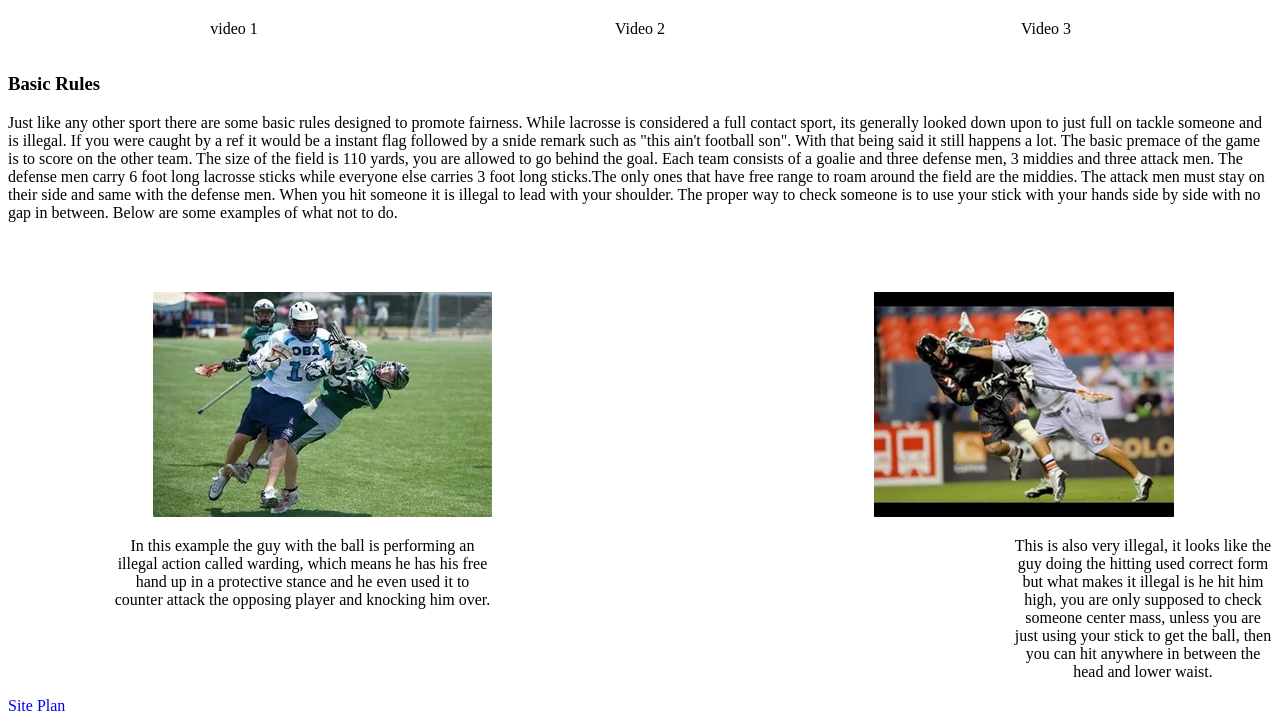
Repository: nak97/personal-site
Page: lacrosse.html
These files come from the project's save history. The page is drawn as it stood at one moment and after the next save; the edit follows.
The browser window is 1280 px wide. The pictures show the part of the page from y = 540 to 1263 px (the page is 1263 px tall before and 1209 px after).

Above is the page before, as saved 2023-03-17 09:24:59.

### lacrosse.html
<!DOCTYPE html>
<html lang="en">
<head>
  <meta charset="UTF-8">
  <meta http-equiv="X-UA-Compatible" content="IE=edge">
  <meta name="viewport" content="width=device-width, initial-scale=1.0">
  <title>Lacrosse</title>
  <link rel="stylesheet" href="personal-site.css">
</head>
<body>
  <div class="container">

  <nav>
    <a href="site-plan.html" target="_blank">Home</a>
    <a href="football.html" target="_blank">Football</a>
    <a href="mma.html" target="_blank">MMA</a>
  </nav>

  <h3>Lacrosse</h3>
  <p>
    Lacrosse is a fun sport to play, I enjoyed it in Highschool and I will never forget the way it felt to knock someone out and have their whole team trying to take me down.
    Unfortunately it wasn't recorded but that is what inspired me to have a page that is dedicated to nothing but watching some good ole highlights from a very under-rated sport.
    One thing that I really like about lacrosse is the fact that it is an Original American sport. The Ancient Americans would play this sport to please the Great Creator, or God.
    The name lacrosse is a French name which means cross. That is the name given by French colonizers because in their eyes the sticks that were used back then looked like wooden crosses.
    Lacrosse was played for several other reasons as well, including settling disputes with other tribes or bets, as well as to condition young warriors for combat.
     When it was played it was a big event. It has been said that these games had over a thousand players, and the goal posts could range from 400 yards apart to well over two miles, it probably depended on how many players there were.
  </p>
  <section>
  <div class="Laxvideos">
    <div
    class="vid1"><iframe width="360" height="315" src="https://www.youtube-nocookie.com/embed/7RFdiprP1FA" title="YouTube video player" frameborder="0" allow="accelerometer; autoplay; clipboard-write; encrypted-media; gyroscope; picture-in-picture; web-share" allowfullscreen></iframe>
    <p>video 1</p>
    </div>

    <div class="vid2">
      <iframe width="360" height="315" src="https://www.youtube-nocookie.com/embed/xJCC4pTYXT8" title="YouTube video player" frameborder="0" allow="accelerometer; autoplay; clipboard-write; encrypted-media; gyroscope; picture-in-picture; web-share" allowfullscreen></iframe>
      <p>Video 2</p>
    </div>

    <div class="vid3">
      <iframe width="360" height="315" src="https://www.youtube-nocookie.com/embed/F7HaGgAxq8M" title="YouTube video player" frameborder="0" allow="accelerometer; autoplay; clipboard-write; encrypted-media; gyroscope; picture-in-picture; web-share" allowfullscreen></iframe>
      <p>Video 3</p>
    </div>
  </div>
</section>

<section>

  <h3> Basic Rules  </h3>
  <p>Just like any other sport there are some basic rules designed to promote fairness. While lacrosse is considered a full contact sport, its generally looked down upon to just full on tackle someone and is illegal. If you were caught by a ref it would be a instant flag followed by a snide remark such as "this ain't football son". With that being said it still happens a lot. The basic premace of the game is to score on the other team. The size of the field is 110 yards, you are allowed to go behind the goal. Each team consists of a goalie and three defense men, 3 middies and three attack men. The defense men carry 6 foot long lacrosse sticks while everyone else carries 3 foot long sticks.The only ones that have free range to roam around the field are the middies. The attack men must stay on their side and same with the defense men. When you hit someone it is illegal to lead with your shoulder. The proper way to check someone is to use your stick with your hands side by side with no gap in between. Below are some examples of what not to do.   </p>
<div class="images">

<div class="img1">
  <img src="./images/lacrosse-hit-one.webp" alt="image for page3" class="img-1">
  <p>
    In this example the guy with the ball is performing an illegal action called warding, which means he has his free hand up in a protective stance and he even used it to counter attack the opposing player and knocking him over.
  </p>
</div>


<div class="img2">
  <img src="./images/lacross-hit-two.webp" alt="image for page3" class="img-2">
<p>
This is also very illegal, it looks like the guy doing the hitting used correct form but what makes it illegal is he hit him high, you are only supposed to check someone center mass, unless you are just using your stick to get the ball, then you can hit anywhere in between the head and lower waist.
</p>
</div>

</div>
</section>

    <footer><a href="site-plan.html"> Site Plan</a></footer>
  </div>
</body>
</html>

### personal-site.css
.container {
  display: grid;
}

a{
  text-decoration: none;
}
nav{
  display: flex;
  justify-content: space-evenly;
}

.Laxvideos{
  display: flex;
  justify-content: space-evenly;
  text-align: center;
}

.images {
  display: flex;
  justify-content: space-between;
  padding-top: 54px;
}

.img1{
  margin-left: 105px;
}
.img1 p{
  text-align: center;

}

.img2{
  margin-left: 312px;
}

.img2 p{
  padding-left: 210px;
  text-align: center;
}

.img-1{
  margin-left: 40px;
}



.img-2{
  margin-left: 70px;
}

After the next save:
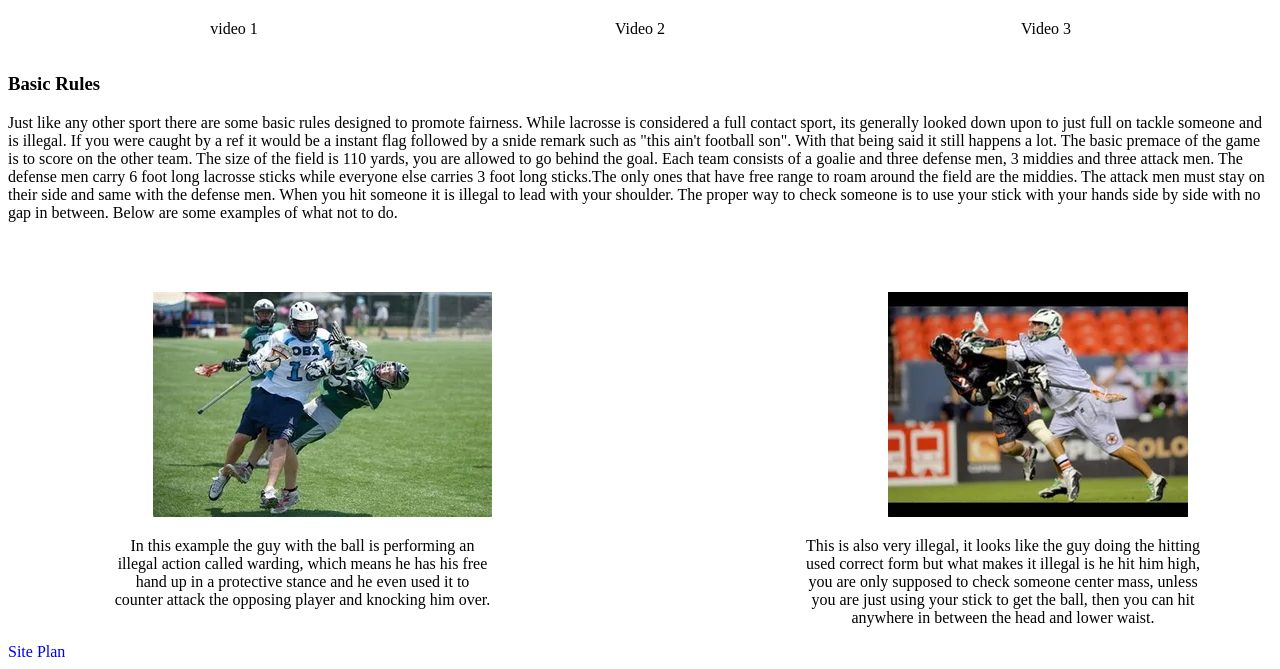
Saved 5 min 10 s later.
--- a/personal-site.css
+++ b/personal-site.css
@@ -35,8 +35,9 @@ nav{
 }
 
 .img2 p{
-  padding-left: 210px;
+
   text-align: center;
+  margin-right: 70px;
 }
 
 .img-1{
@@ -46,5 +47,5 @@ nav{
 
 
 .img-2{
-  margin-left: 70px;
+  margin-left: 84px;
 }
